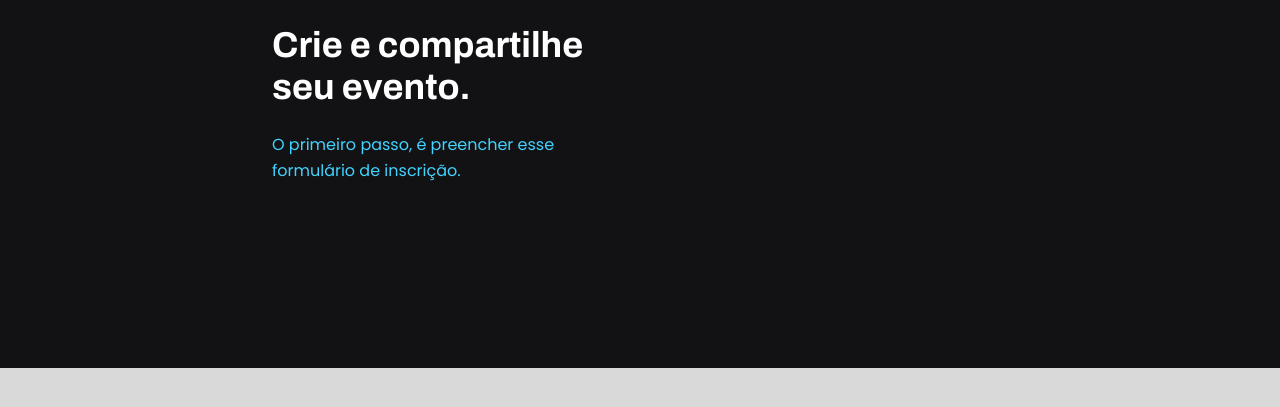
Repository: devMuriloOliveira/Formulario
Page: index.html
The author's editor kept a copy of each file at every save. The page is drawn from the files as they stood at one save, then again after the next save.
The browser window is 1280 px wide. The pictures show the whole page.

Above is the page before, as saved 2023-10-30 19:41:36.

After the next save:
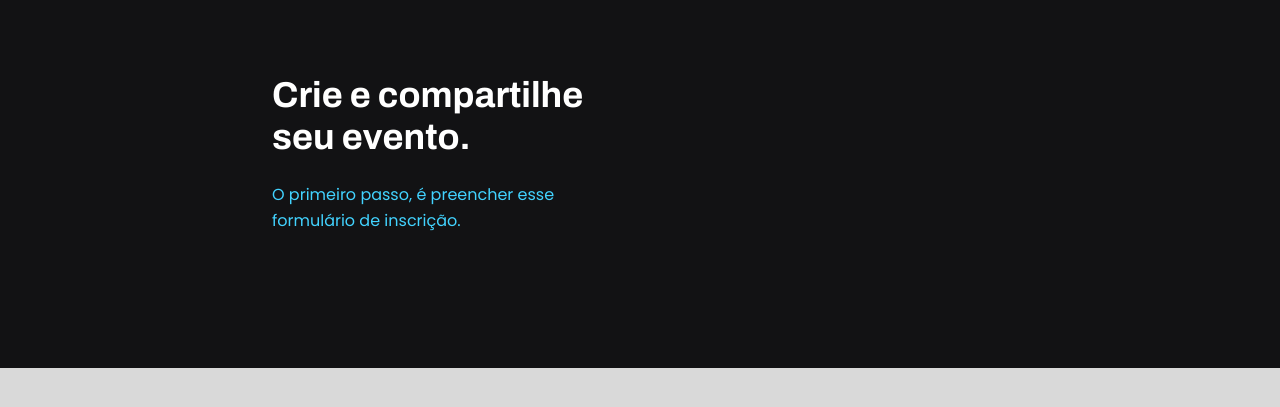
Saved 28 s later.
--- a/style.css
+++ b/style.css
@@ -22,6 +22,7 @@ body::before{
 
 header{
   width: 319px;
+  margin-top: 74px;
 }
 
 header h1{
